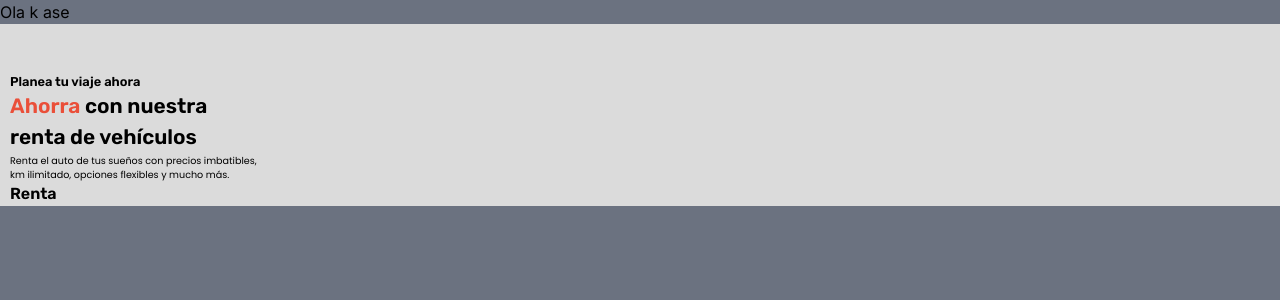
Repository: aldovelacasas/PF_RentCar2
Page: /homePage
An editor plug-in stored every save of this project. The page is shown before and after the next save, followed by the edit.
The browser window is 1280 px wide. The pictures show the whole page.
The project was rebuilt for these pictures with package versions that can differ from the ones it lists, and the page was loaded fresh each time. The framework's server and built-in components were replaced by stand-ins that run in the browser. Also part of the build but not shown: next.config.js.

Above is the page before, as saved 2023-08-29 19:08:57.

### src/app/layout.jsx
import "./globals.css";
import { Inter } from "next/font/google";

const inter = Inter({ subsets: ["latin"] });

export const metadata = {
  title: "Create Next App",
  description: "Generated by create next app",
};

export default function RootLayout({ children }) {
  return (
    <html lang="en">
      <body className={inter.className}>
        <h1>Ola k ase</h1>
        <div className="h-[calc(100vh-5rem)]">{children}</div>
      </body>
    </html>
  );
}

### src/app/homePage/page.jsx
import { Rubik, Poppins } from "next/font/google";

const fontRubik = Rubik({
  weight: "600",
  subsets: ["latin"],
});

const fontPoppins = Poppins({
  weight: "400",
  subsets: ["latin"],
});
const poppins = fontPoppins.className;
const rubik = fontRubik.className;

function HomePage() {
  return (
    <div className={`bg-gris_fondo ${rubik} space-y-0 space-x-2.5`}>
      <p className={`pt-12 ml-2.5 text-[0.8em]`}>Planea tu viaje ahora</p>
      <p className="text-[1.3em] mb-0 pb-0">
        <span className="text-naranja_enf mb-0 pb-0">Ahorra </span>
        con nuestra
      </p>
      <p className="text-[1.3em] mt-0 pt-0">renta de vehículos</p>
      <div>
        <p className={`${poppins} text-[0.6em]`}>
          Renta el auto de tus sueños con precios imbatibles,
        </p>
        <p className={`${poppins} text-[0.6em]`}>
          km ilimitado, opciones flexibles y mucho más.
        </p>
        <div>
          <a href="#form">Renta</a>
        </div>
      </div>
    </div>
  );
}

export default HomePage;

### src/app/api/products/[id]/route.js
import { NextResponse } from "next/server";
import {conn} from "@/libs/mysql"

export async function GET(request,{params}){
  try {
    const result = await conn.query("SELECT * FROM product WHERE id = ?", [params.id])
    if(result.length === 0 ){
        return NextResponse.json(
         {
            message: "producto no encontrado",
         },
         {
            status:404,
         }
        );
    }
    return NextResponse.json(result[0])
  } catch (error) {
    return NextResponse.json(
        {
            message:error.message,
        },
        {status: 500}
    )
  }
}

export async function DELETE (request,{params} ){
    try {
     const result = await conn.query("DELETE FROM product WHERE id = ?", [params.id]);
     if(result.affectedRows === 0){
         return NextResponse.json({message:"Producto no encontrado"},{status:404})
     }

     return new Response (null, {status: 204})
 } catch (error) {
     return NextResponse.json({message:error.message},{status:500})
 }
    }

export async  function PUT(request, {params}){
   try {
    const data = await request.json()
    const result = await conn.query("UPDATE product SET ? WHERE id = ?", [data , params.id])

    if (result.affectedRows === 0) {
        return NextResponse.json(
        {
            message: "producto no encontrado",
        },
        {
            status: 400,
        }
        )
    }
     const updateProduct = await conn.query("SELECT * FROM product WHERE id = ?", [params.id])

  return NextResponse.json(updateProduct[0])

   } catch (error) {
    return NextResponse.json(
        {
            message: error.message,
        },
        { status: 500}
    )
   }
}

### src/app/api/products/route.js
import { NextResponse } from "next/server";
import {conn} from "@/libs/mysql";

export async function GET(){
    try {
        const results = await conn.query("SELECT * FROM product");
        return NextResponse.json(results)

    } catch (error) {
        return NextResponse.json(
        {
          message: error.message,
        },
        {
            status:500,
        }

        );
    }
}

    export async function POST (request) {
  try {
    const {name, price, year, model, capacity, type, description, image, transmission,  }= await request.json();

    const result  = await conn.query("INSERT INTO product SET ?", {
        name,
        price,
        year,
        model,
        capacity,
        type,
        transmission,
        image,
        description

    })

    return NextResponse.json({
        name,
        price,
        year,
        model,
        capacity,
        type,
        transmission,
        image,
        description,
        id: result.insertId,

    })

  } catch (error) {
    console.log(error);
    return NextResponse.json(
    {
        message: error.message,
    },
    {
        status:500,
    }
    );
  }

}

### src/app/globals.css
@tailwind base;
@tailwind components;
@tailwind utilities;

body {
   @apply bg-gray-500; /* Fondo más claro */
   color: gray-800; /* Texto oscuro */
}

### tailwind.config.js
/** @type {import('tailwindcss').Config} */
module.exports = {
  content: [
    "./src/pages/**/*.{js,ts,jsx,tsx,mdx}",
    "./src/components/**/*.{js,ts,jsx,tsx,mdx}",
    "./src/app/**/*.{js,ts,jsx,tsx,mdx}",
  ],
  theme: {
    extend: {
      backgroundImage: {
        "gradient-radial": "radial-gradient(var(--tw-gradient-stops))",
        "gradient-conic":
          "conic-gradient(from 180deg at 50% 50%, var(--tw-gradient-stops))",
      },
      colors: {
        gris_fondo: "#dbdbdb",
        gris_frente: "#e9e9e9",
        negro_fondo: "#282828",
        naranja_enf: "#ea4f39",
        rojo_status: "#e30613",
        verde_status: "#4aaf4d",
        amarillo_status: "#f0e400",
      },
    },
  },
  plugins: [],
};

Loaded but not shown: src/app/api/bookings/[id]/route.js (no copy from this time; the picture is the same without it); src/app/api/bookings/route.js (no copy from this time; the picture is the same without it); src/app/api/create-payment-intent/route.js (no copy from this time; the picture is the same without it); src/app/api/post/[id]/route.js (no copy from this time; the picture is the same without it); src/app/api/post/route.js (no copy from this time; the picture is the same without it); src/app/api/users/[id]/route.js (no copy from this time; the picture is the same without it); src/app/api/users/route.js (no copy from this time; the picture is the same without it)

After the next save:
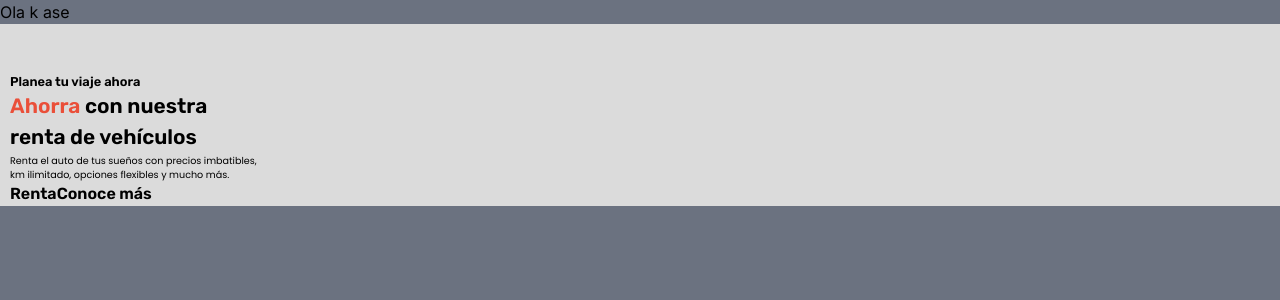
Saved 19 s later.
--- a/src/app/homePage/page.jsx
+++ b/src/app/homePage/page.jsx
@@ -30,6 +30,7 @@ function HomePage() {
         </p>
         <div>
           <a href="#form">Renta</a>
+          <a href="#form">Conoce más</a>
         </div>
       </div>
     </div>
